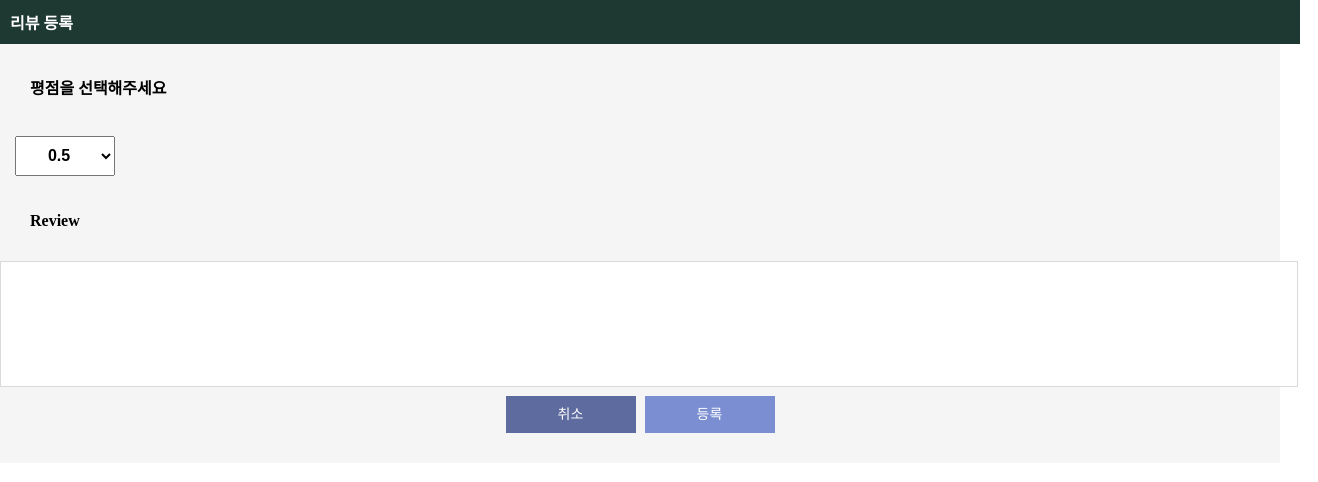
Repository: KimYoungHwans/Yproject
Page: http://localhost/Yproject/WEB-INF/views/replyEnroll.jsp
These files come from the project's save history. The page is drawn as it stood at one moment and after the next save; the edit follows.
The browser window is 1280 px wide. The page is 1300 px wide, then 1318 px, so the pictures cover 1318 px, including what lies to the right of the window. The pictures show the whole page.
The page is served by Tomcat 9. Nobody is signed in. The template is opened directly, without the code that normally fills it, so the values that code supplies are empty.

Above is the page before, as saved 2023-01-18 07:11:20.

After the next save:
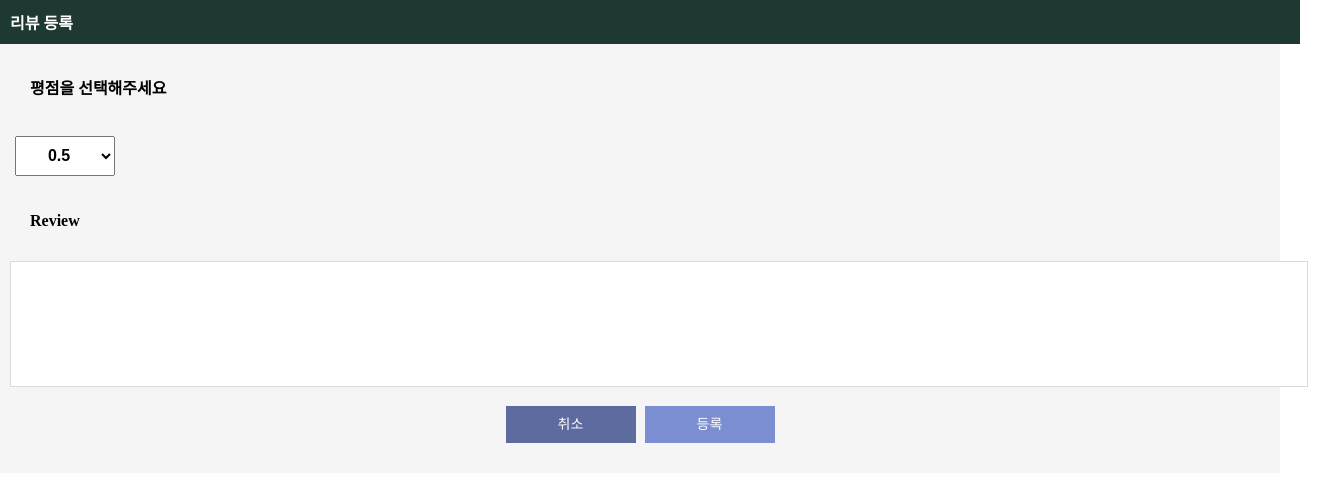
Saved 23 s later.
--- a/workspace/Yproject/src/main/webapp/WEB-INF/views/replyEnroll.jsp
+++ b/workspace/Yproject/src/main/webapp/WEB-INF/views/replyEnroll.jsp
@@ -96,7 +96,7 @@
 	    font-size: 15px;
 	    color: #a9a9a9;
 	    resize: none;
-	    margin-top: 10px;
+	    margin : 10px;
   	}
 
   </style>
